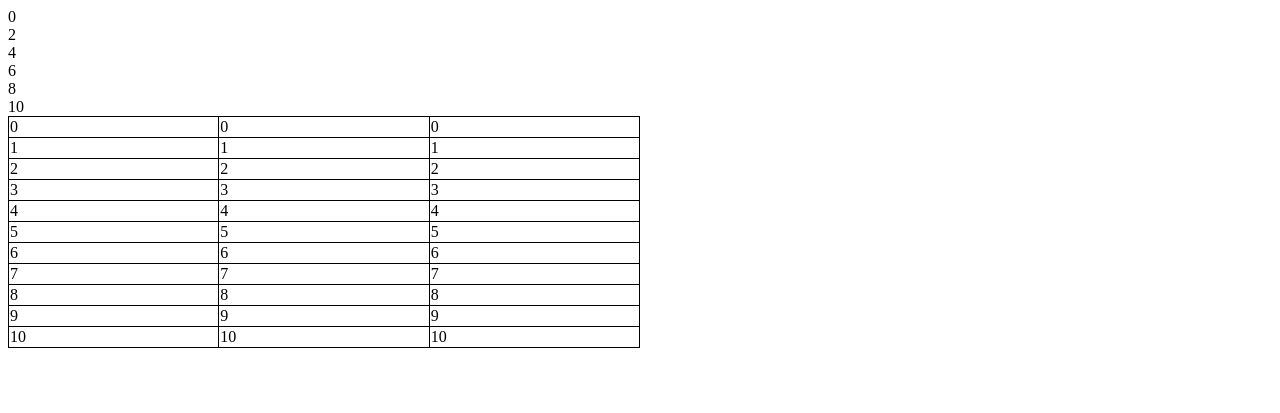
Repository: zhyuk/FullStackStudy
Page: http://localhost/jspfirst/03_02_scriptlet02.jsp
These files come from the project's save history. The page is drawn as it stood at one moment and after a run of saves; the edit follows.
The browser window is 1280 px wide. The pictures show the whole page.
The page is served by Tomcat 9. Other server files are loaded and not shown.

Above is the page before, as saved 2024-08-26 03:44:32.

### jsp/jspwork/jspfirst/src/main/webapp/03_02_scriptlet02.jsp
<%@ page language="java" contentType="text/html; charset=UTF-8"
    pageEncoding="UTF-8"%>
<!DOCTYPE html>
<html>
<head>
<meta charset="UTF-8">
<title>Scripting Tag</title>
<style>
	table {border-collapse: collapse; width: 50%;}
	td {border: 1px solid #000;}
</style>
</head>
<body>
	<%
		for(int i = 0; i <= 10; i++){
			if(i % 2 == 0)
				out.println(i + "<br>");
		}
	%>
	<table>
	<% for(int i = 0; i <= 10; i++){%>
		<tr><td><%= i %></td><td><%= i %></td><td><%= i %></td></tr>
	<%} %>
	</table>
</body>
</html>

After the next 2 saves:
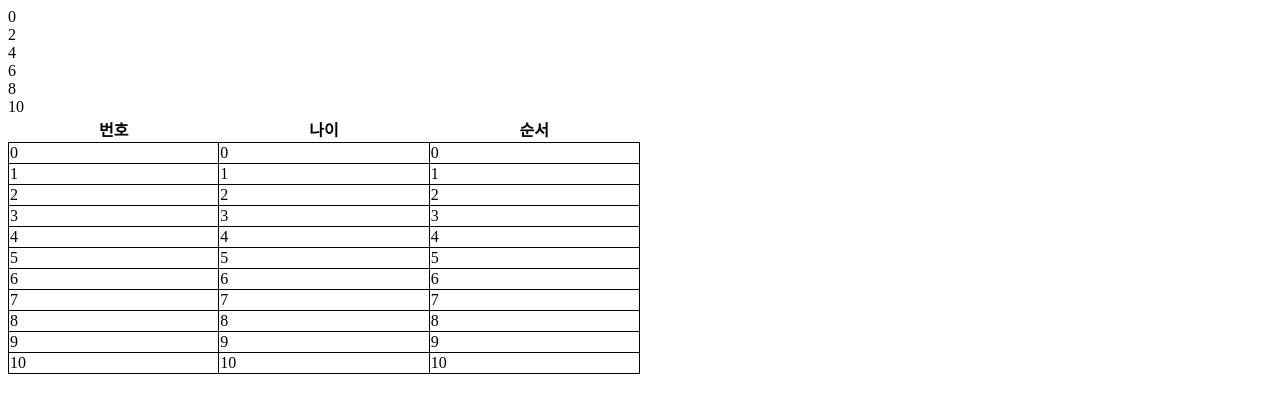
The 2 saves are shown as one change because they came seconds apart.
The last was saved 4 min 50 s later.
--- a/jsp/jspwork/jspfirst/src/main/webapp/03_02_scriptlet02.jsp
+++ b/jsp/jspwork/jspfirst/src/main/webapp/03_02_scriptlet02.jsp
@@ -18,6 +18,7 @@
 		}
 	%>
 	<table>
+	<tr><th>번호</th><th>나이</th><th>순서</th></tr>
 	<% for(int i = 0; i <= 10; i++){%>
 		<tr><td><%= i %></td><td><%= i %></td><td><%= i %></td></tr>
 	<%} %>
